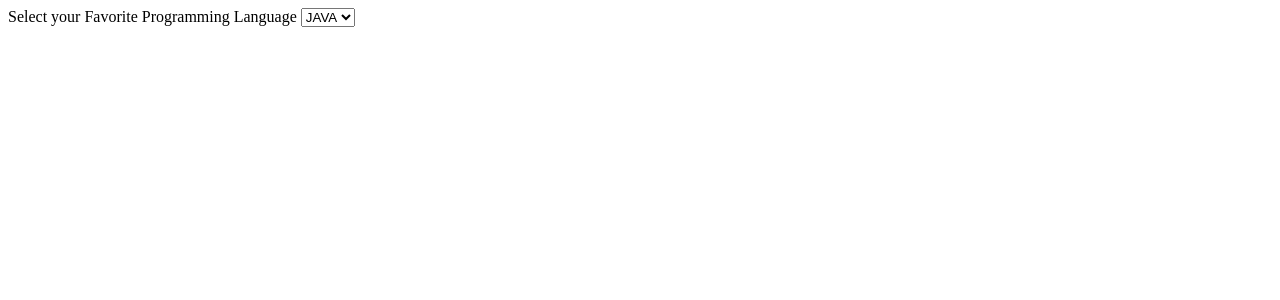
Repository: bpaudel2/jsp-and-servlets-demo
Page: jspdemo/WebContent/cookies-personalize-form.html
An editor plug-in stored every save of this project. The page is shown before and after the next save, followed by the edit.
The browser window is 1280 px wide. The pictures show the whole page.

Above is the page before, as saved 2019-05-26 02:30:00.

After the next save:
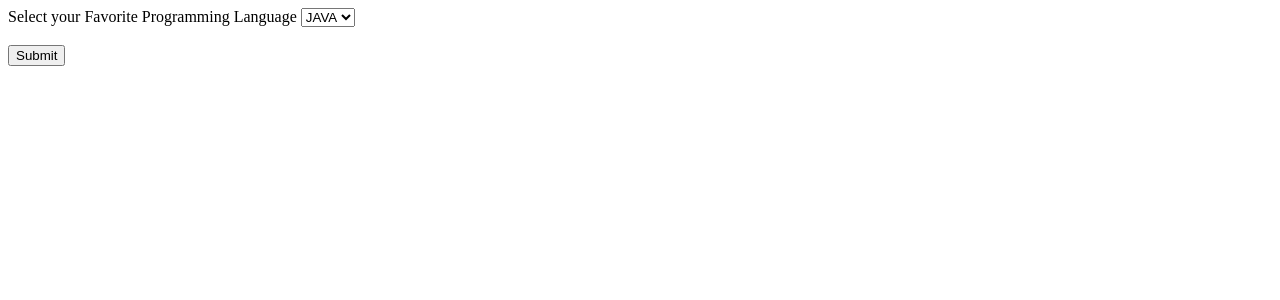
Saved 37 s later.
--- a/jspdemo/WebContent/cookies-personalize-form.html
+++ b/jspdemo/WebContent/cookies-personalize-form.html
@@ -12,6 +12,9 @@
 		<option>PHP</option>
 		<option>Ruby</option>
 	</select>
+	<br>
+	<br>
+	<input type="submit" value="Submit" />
 </form>
 </body>
 
